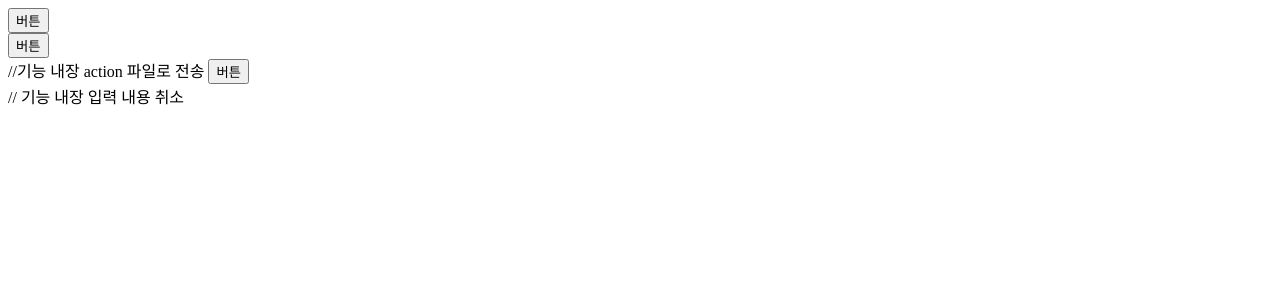
Repository: Pang-Ho/TIL
Page: JavaScript/workspace_web/jstest/WebContent/WEB-INF/event1.html
An editor plug-in stored every save of this project. The page is shown before and after the next save, followed by the edit.
The browser window is 1280 px wide. The pictures show the whole page.

Above is the page before, as saved 2021-08-24 08:22:30.

### JavaScript/workspace_web/jstest/WebContent/WEB-INF/event1.html
<!DOCTYPE html>
<html>
<head>
<meta charset="UTF-8">
<title>Insert title here</title>
</head>
<body>
<input type="button" value="버튼"><br>
<input type="submit" value="버튼"><br> //기능 내장 action 파일로 전송
<input type="reset" value="버튼"><br> // 기능 내장 입력 내용 취소
</body>
</html>

After the next save:
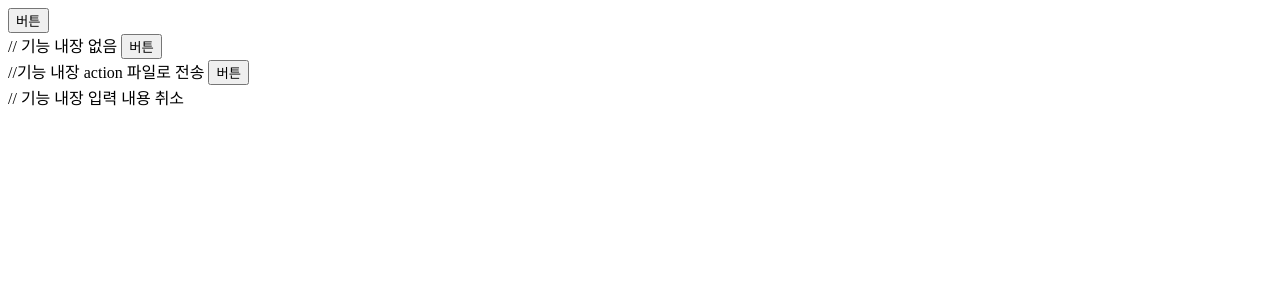
Saved 61 s later.
--- a/JavaScript/workspace_web/jstest/WebContent/WEB-INF/event1.html
+++ b/JavaScript/workspace_web/jstest/WebContent/WEB-INF/event1.html
@@ -5,8 +5,10 @@
 <title>Insert title here</title>
 </head>
 <body>
-<input type="button" value="버튼"><br>
+<form action="a.html">
+<input type="button" value="버튼"><br> // 기능 내장 없음
 <input type="submit" value="버튼"><br> //기능 내장 action 파일로 전송
 <input type="reset" value="버튼"><br> // 기능 내장 입력 내용 취소
+</form>
 </body>
 </html>
